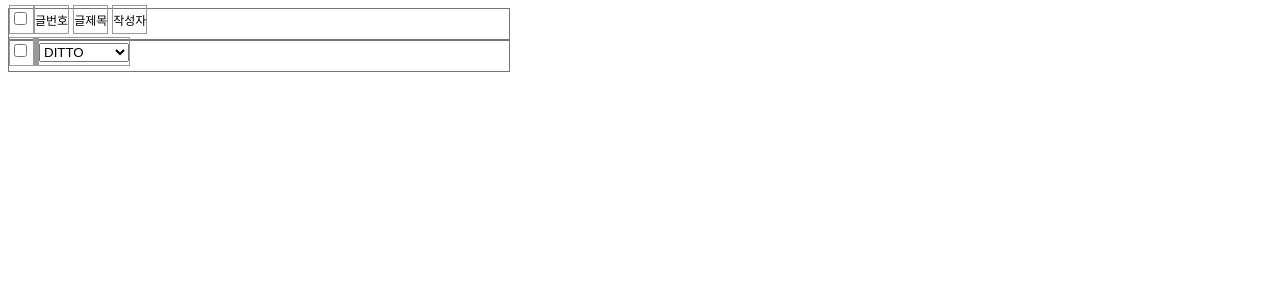
Repository: SniperDitto/save
Page: http://localhost/SpringBoard/html/boards.jsp
These files come from the project's save history. The page is drawn as it stood at one moment and after the next save; the edit follows.
The browser window is 1280 px wide. The pictures show the whole page.
The page is served by Tomcat 9. Other server files are loaded and not shown.

Above is the page before, as saved 2022-05-26 00:23:54.

### 2022JAVA_YSH 1/JAVA/SpringBoard/SpringBoard/src/main/webapp/html/boards.jsp
<%@ page language="java" contentType="text/html; charset=UTF-8"
    pageEncoding="UTF-8"%>
<!DOCTYPE html>
<html>
<head>
<meta charset="UTF-8">
<title>Boards</title>
<style type="text/css">
	.bRow{
		width:500px;
		height:30px;
		border:1px solid #777;
	}

	.col1{
		width:50px;
		font-size:12px;
		text-align:center;
		padding:8px 0px 5px 0px;
		border:1px solid #999;
	}
	.col2{
		width:100px;
		font-size:12px;
		text-align:center;
		padding:8px 0px 5px 0px;
		border:1px solid #999;
	}
	.col3{
		width:200px;
		font-size:12px;
		text-align:center;
		padding:8px 0px 5px 0px;
		border:1px solid #999;
	}
	.col4{
		width:100px;
		font-size:12px;
		text-align:center;
		padding:8px 0px 5px 0px;
		border:1px solid #999;
	}
</style>
</head>
<body><!-- 테스트용!!! -->
<div>

</div>
<div id="board">
	<div id="boardTitle" class="bRow">
		<span class="col1">
			<input type="checkbox"/>
		</span>
		<span class="col2">글번호</span>
		<span class="col3">글제목</span>
		<span class="col4">작성자</span>
	</div>
	<div id="boardRow" class="bRow">
		<span class="col1">
			<input type="checkbox"/>
		</span>
		<span class="col2"></span>
		<span class="col3"></span>
		<span class="col4">
			<select>
				<option value="USER01">DITTO</option>
				<option value="USER02">MARSH</option>
				<option value="USER03">WAN</option>
				<option value="USER04">METAMON</option>
				<option value="USER05">OCTO</option>
			</select>
		</span>
	</div>
</div>
</body>
</html>

After the next save:
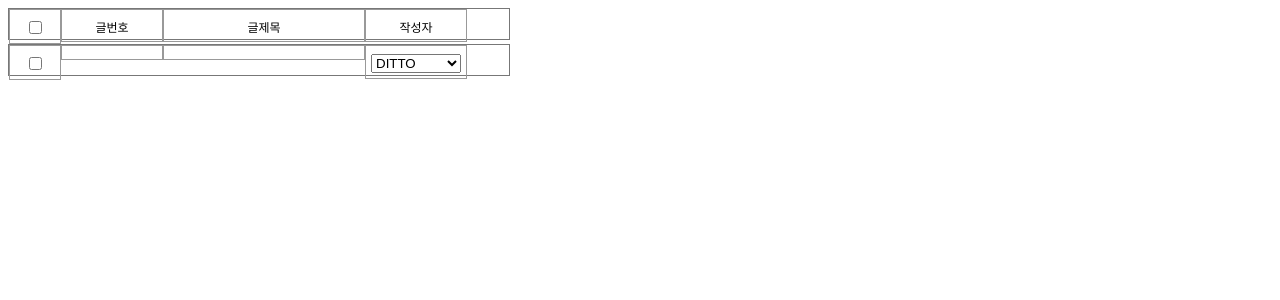
Saved 49 s later.
--- a/2022JAVA_YSH 1/JAVA/SpringBoard/SpringBoard/src/main/webapp/html/boards.jsp
+++ b/2022JAVA_YSH 1/JAVA/SpringBoard/SpringBoard/src/main/webapp/html/boards.jsp
@@ -10,6 +10,7 @@
 		width:500px;
 		height:30px;
 		border:1px solid #777;
+		clear:both;
 	}
 
 	.col1{
@@ -18,6 +19,8 @@
 		text-align:center;
 		padding:8px 0px 5px 0px;
 		border:1px solid #999;
+		display:block;
+		float:left;
 	}
 	.col2{
 		width:100px;
@@ -25,6 +28,8 @@
 		text-align:center;
 		padding:8px 0px 5px 0px;
 		border:1px solid #999;
+		display:block;
+		float:left;
 	}
 	.col3{
 		width:200px;
@@ -32,6 +37,8 @@
 		text-align:center;
 		padding:8px 0px 5px 0px;
 		border:1px solid #999;
+		display:block;
+		float:left;
 	}
 	.col4{
 		width:100px;
@@ -39,6 +46,8 @@
 		text-align:center;
 		padding:8px 0px 5px 0px;
 		border:1px solid #999;
+		display:block;
+		float:left;
 	}
 </style>
 </head>
